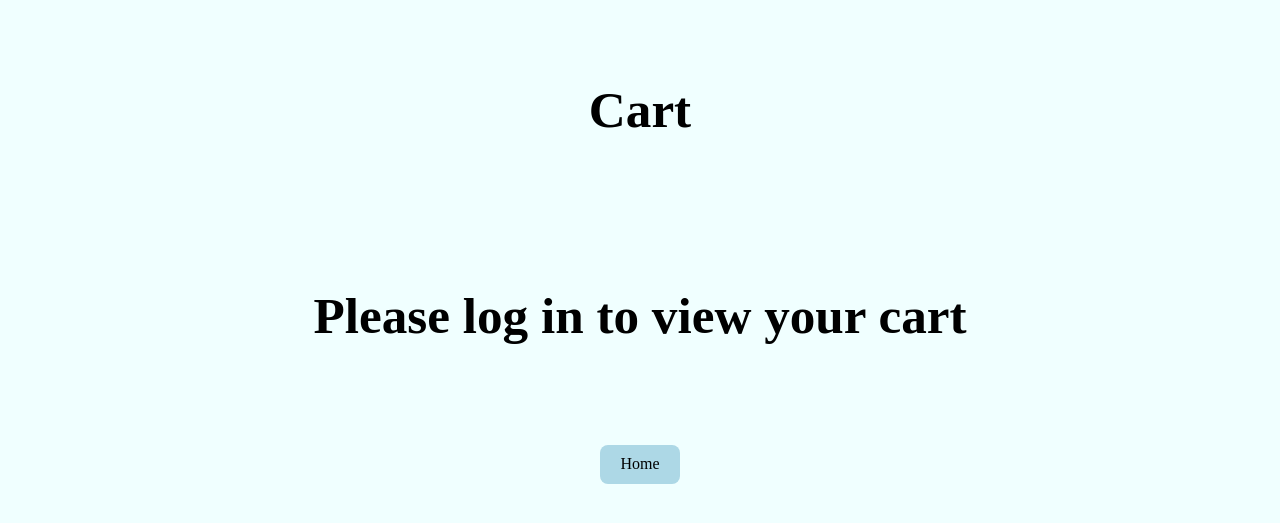
Repository: Andres513/CapStone
Page: /cart
An editor plug-in stored every save of this project. The page is shown before and after the next save, followed by the edit.
The browser window is 1280 px wide. The pictures show the whole page.
The project was rebuilt for these pictures with package versions that can differ from the ones it lists, and the page was loaded fresh each time. Also part of the build but not shown: vite.config.js, src/components/Login.jsx, src/components/Categories.jsx, src/components/FetchProducts.jsx, src/components/SingleProduct.jsx, src/components/ProductsByCategory.jsx, src/components/LoggedOut.jsx, src/components/Checkout.jsx.

Above is the page before, as saved 2024-04-11 11:06:30.

After the next save:
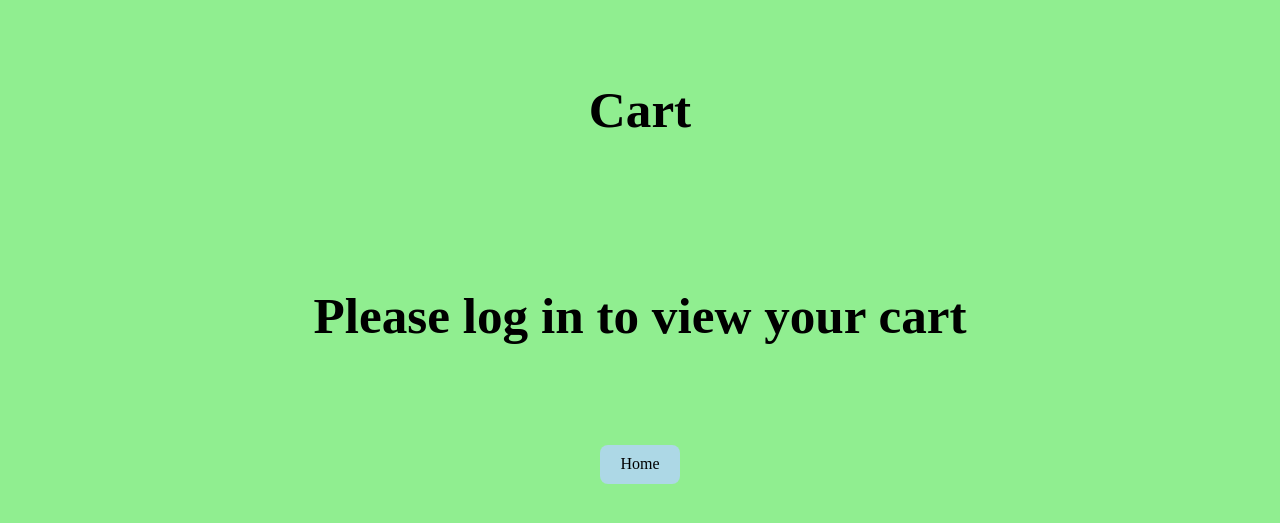
Saved 72 s later.
--- a/src/index.css
+++ b/src/index.css
@@ -3,7 +3,7 @@
   margin: 0;
   padding: 0;
   box-sizing: border-box;
-  background-color: azure;
+  background-color: lightgreen;
 }
 h1 {
   font-size: 3.2em;
